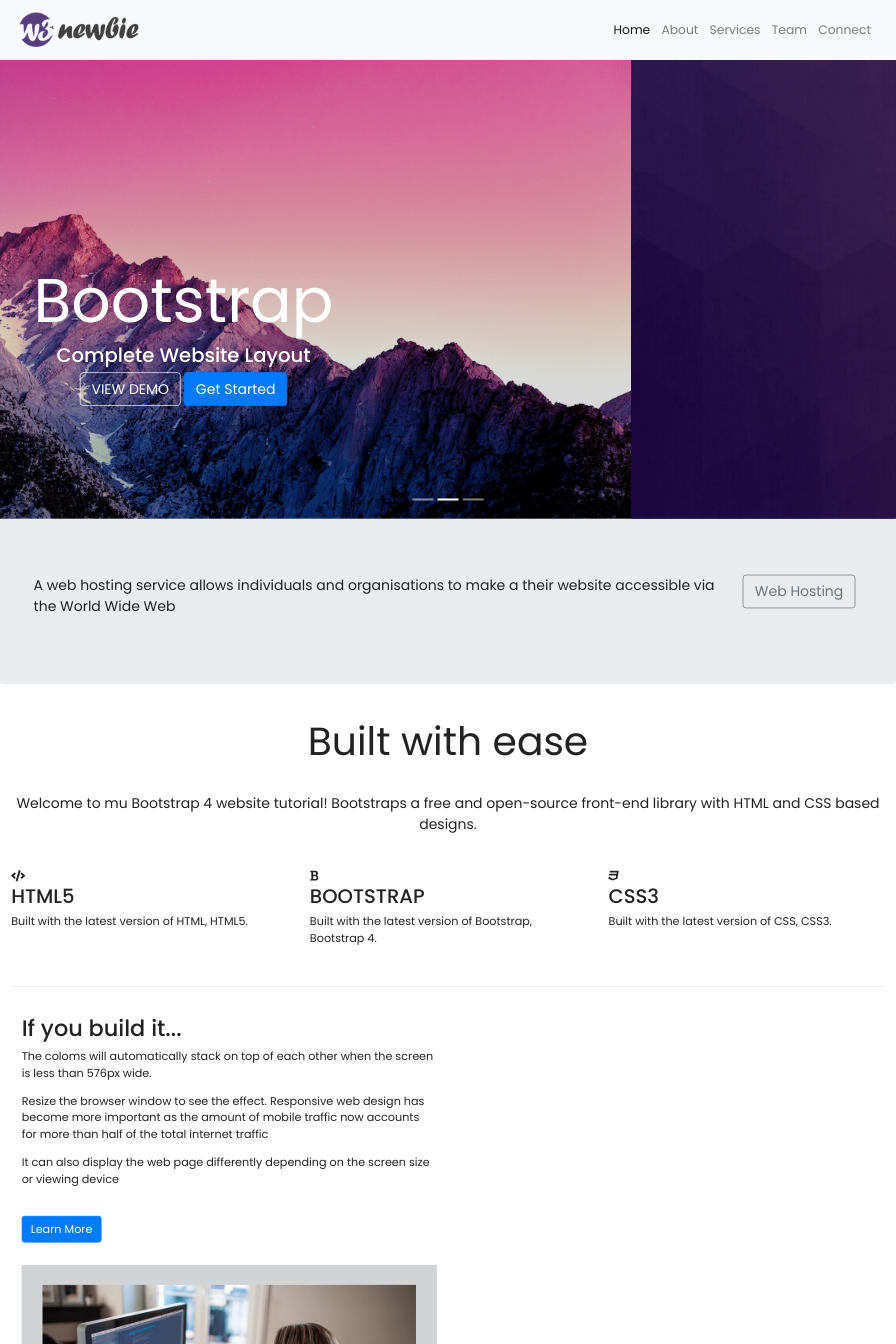
Repository: rkyankya/Bootstrap-1
Page: index.html
These files come from the project's save history. The page is drawn as it stood at one moment and after the next save; the edit follows.
The browser window is 1280 px wide. The pictures show the part of the page from y = 0 to 1920 px (the page is 4552 px tall), at 70% of full size.
Some web libraries are served in a nearby version.

Above is the page before, as saved 2019-12-18 12:41:19.

After the next save:
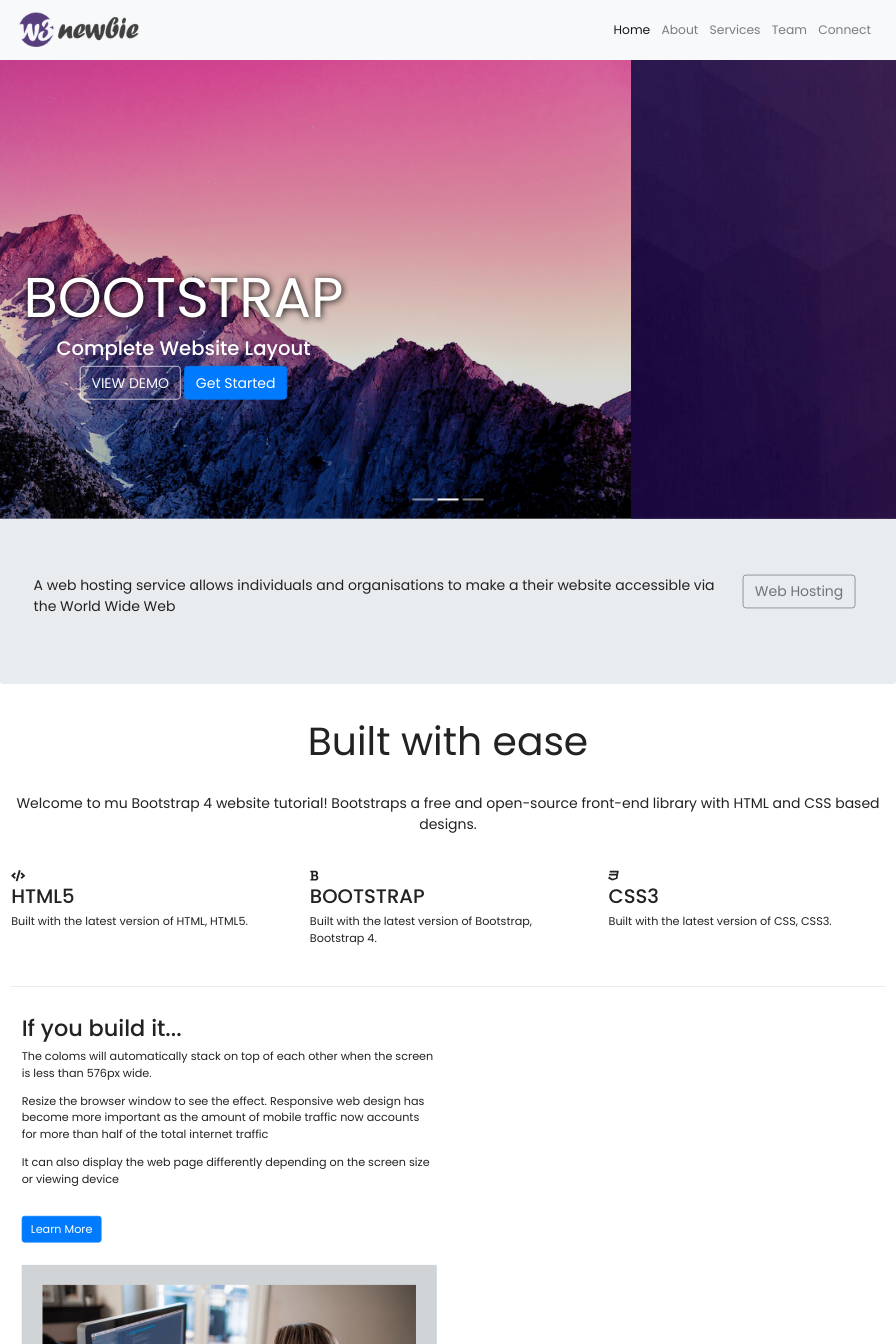
Saved 6 min 15 s later.
--- a/style.css
+++ b/style.css
@@ -28,6 +28,12 @@ body {
     -moz-transform: translateY(-50%);
     -ms-transform: translateY(-50%);
     -o-transform: translateY(-50%);
+}
+
+.carousel-caption h1 {
+    font-size: 500%;
+    text-transform: uppercase;
+    text-shadow: 1px 1px 10px #000;
 }
 
 
